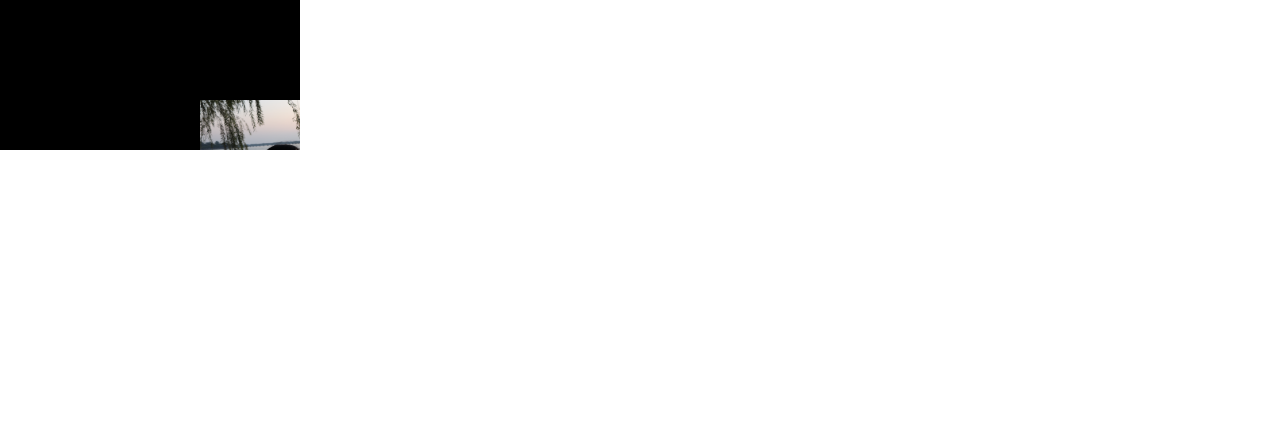
Repository: nishuiwei/nishuiwei.github.io
Page: demo_01.html
The author's editor kept a copy of each file at every save. The page is drawn from the files as they stood at one save, then again after the next save.
The browser window is 1280 px wide. The pictures show the whole page.

Above is the page before, as saved 2019-12-18 21:05:55.
Console error: ReferenceError: J is not defined

After the next save:
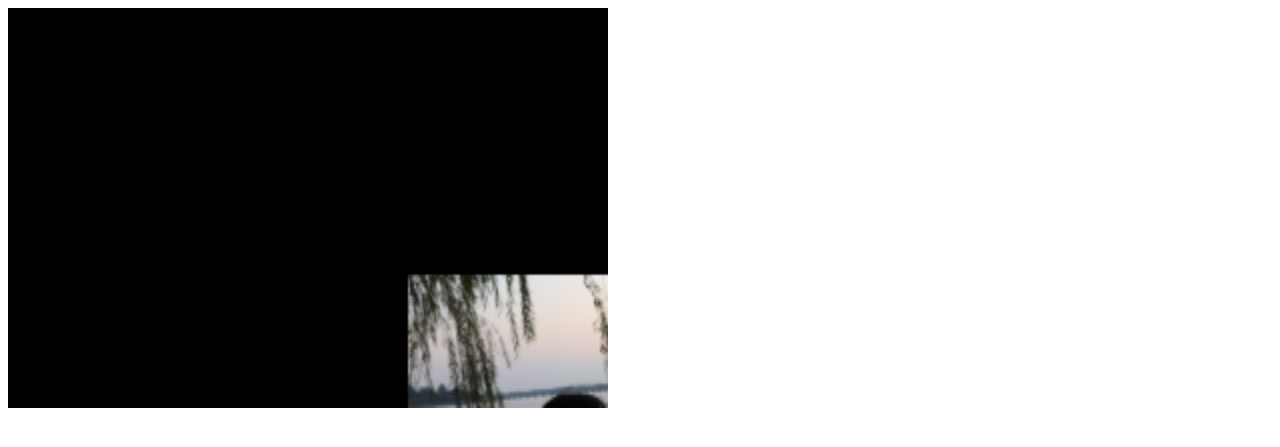
Saved 21 s later.
--- a/demo_01.html
+++ b/demo_01.html
@@ -13,11 +13,8 @@
   <title>Document</title>
   <style>
     #canvas {
-      position: fixed;
-      left: 0;
-      top: 0;
-      bottom: 0;
-      right: 0;
+      width: 600px;
+      height: 400px;
       background: #000;
     }
   </style>
